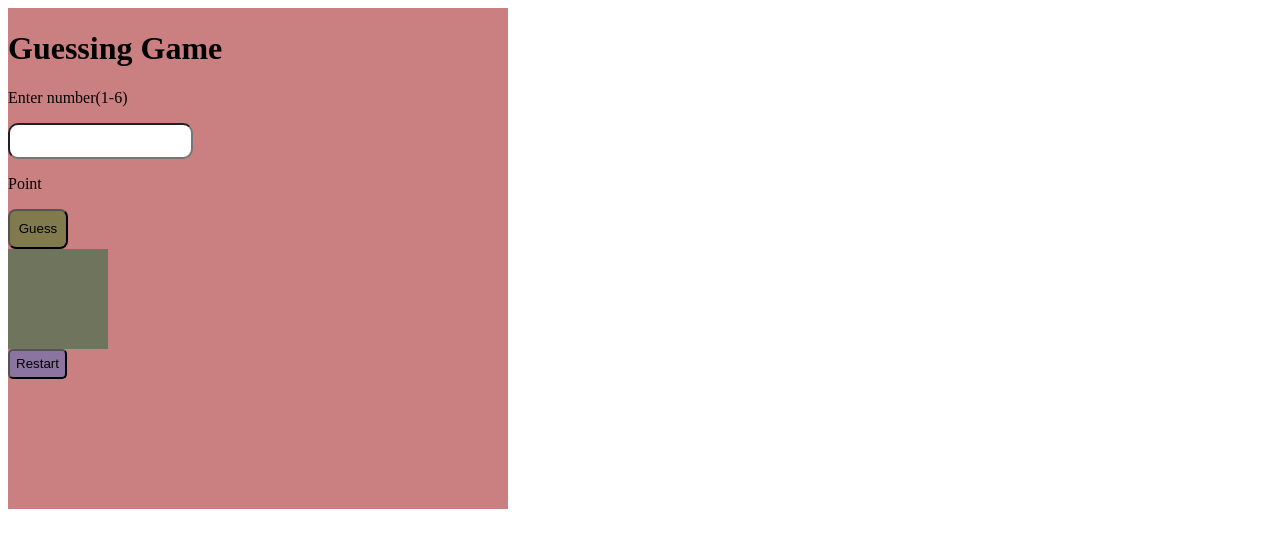
Repository: AniAntonyan/GuessingGame
Page: index.html
These files come from the project's save history. The page is drawn as it stood at one moment and after the next save; the edit follows.
The browser window is 1280 px wide. The pictures show the whole page.

Above is the page before, as saved 2022-02-27 17:15:36.

### index.html
<!DOCTYPE html>
<html lang="en">
<head>
    <meta charset="UTF-8">
    <meta http-equiv="X-UA-Compatible" content="IE=edge">
    <meta name="viewport" content="width=device-width, initial-scale=1.0">
    <link rel="stylesheet" href="style.css">
    <title>Document</title>
</head>
<body>
    <div class="container">
        <h1 class="Guessing">Guessing Game</h1>
        <p class="enter">Enter number(1-6)</p>
    <input id="num" type="text">
    <p class="p">Point</p>
    <button id="btn">Guess</button>
    <div class="table" id="show-text"></div>
    <button  id="restart"> Restart</button>
    </div>

    <script src="index.js"></script>
</body>
</html>

### style.css
.container{
    background-color: #ca8080;
    height: 500px;
    width: 500px;
    padding-top:1px;
}

#num{
height: 30px;
border-radius: 10px;
}

#btn{
    height: 40px;
    width: 60px;
    border-radius: 8px;
    background-color: rgb(128, 122, 76);
}

.table{
    height: 100px;
    width: 100px;
    background-color: rgb(111, 116, 92);
}

#restart{
    height: 30px;
    border-radius: 5px;
    background-color: rgb(139, 116, 160);
}

Loaded but not shown: index.js (no copy from this time; the picture is the same without it)

After the next save:
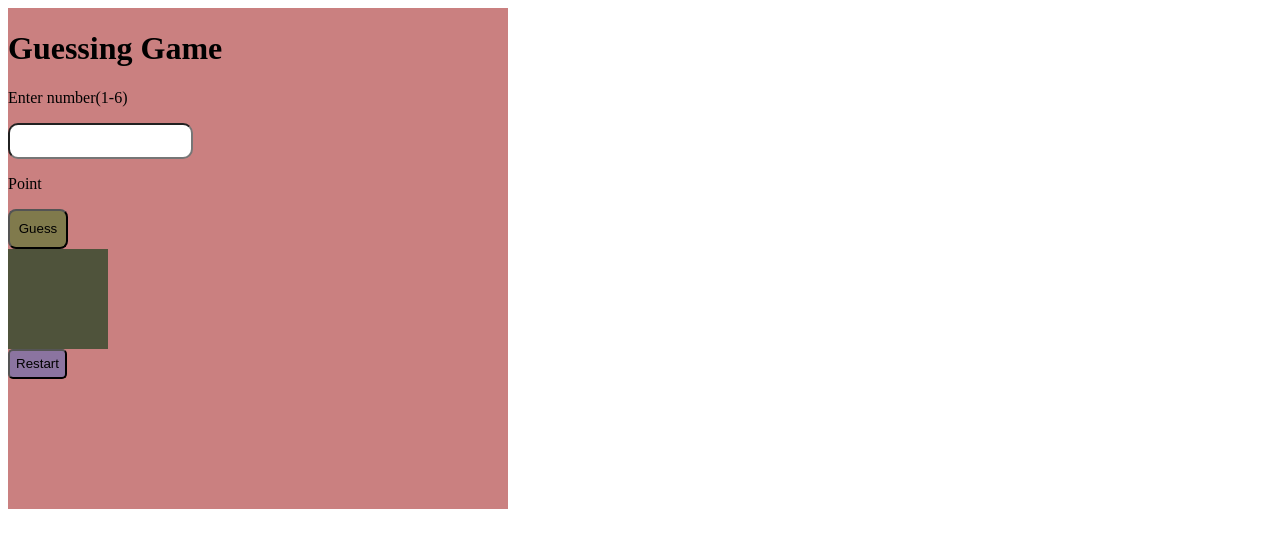
Saved 10 s later.
--- a/style.css
+++ b/style.css
@@ -20,7 +20,7 @@
 .table{
     height: 100px;
     width: 100px;
-    background-color: rgb(111, 116, 92);
+    background-color: rgb(79, 83, 59);
 }
 
 #restart{
